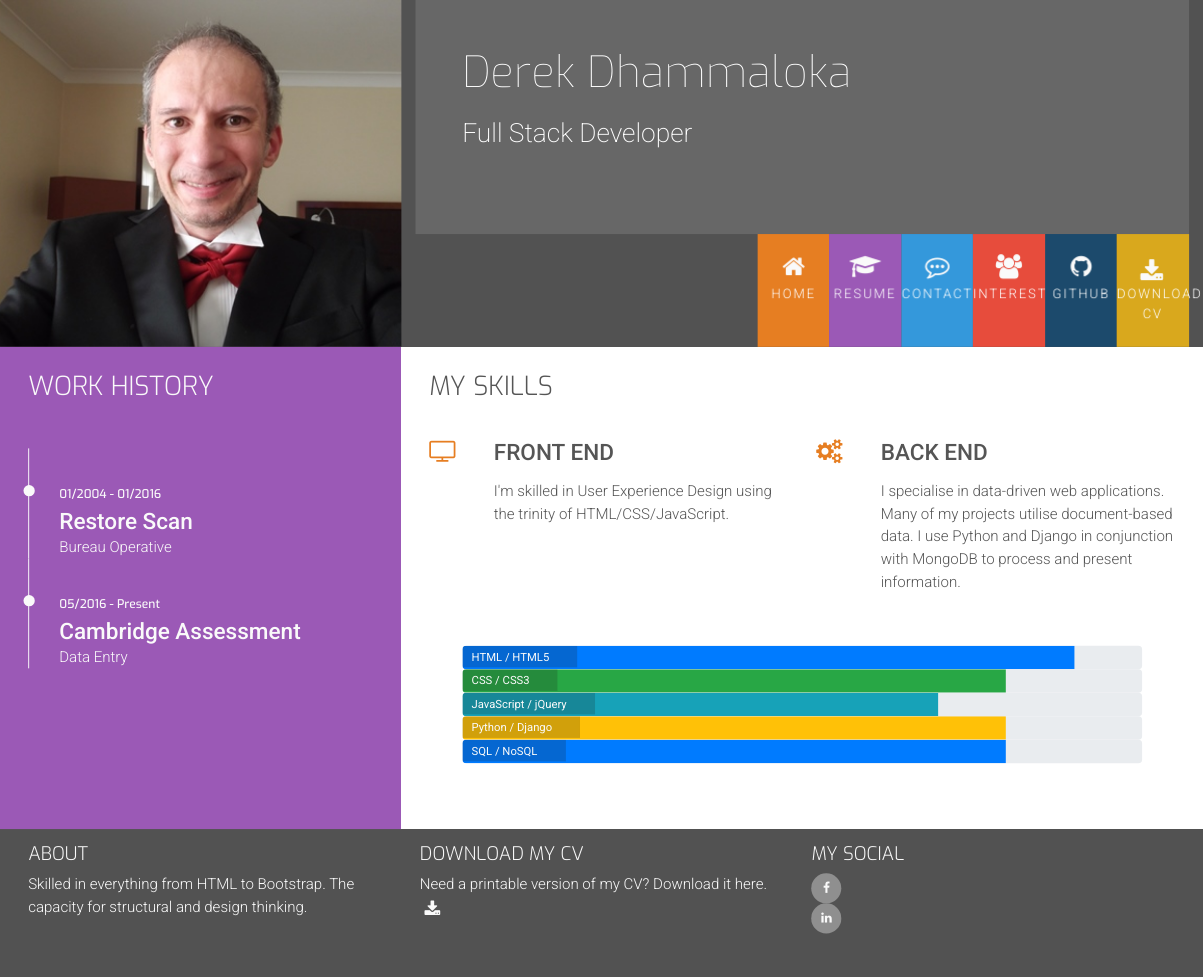
Repository: derektypist/derek-dhammaloka-cv
Page: resume.html
The author's editor kept a record of every edit. The page is drawn from the files as they stood at one moment, then again after the next edit.
The browser window is 1280 px wide. The pictures show the whole page, at 94% of full size.
Some web libraries are served in a nearby version.

Above is the page before.

After the next edit:
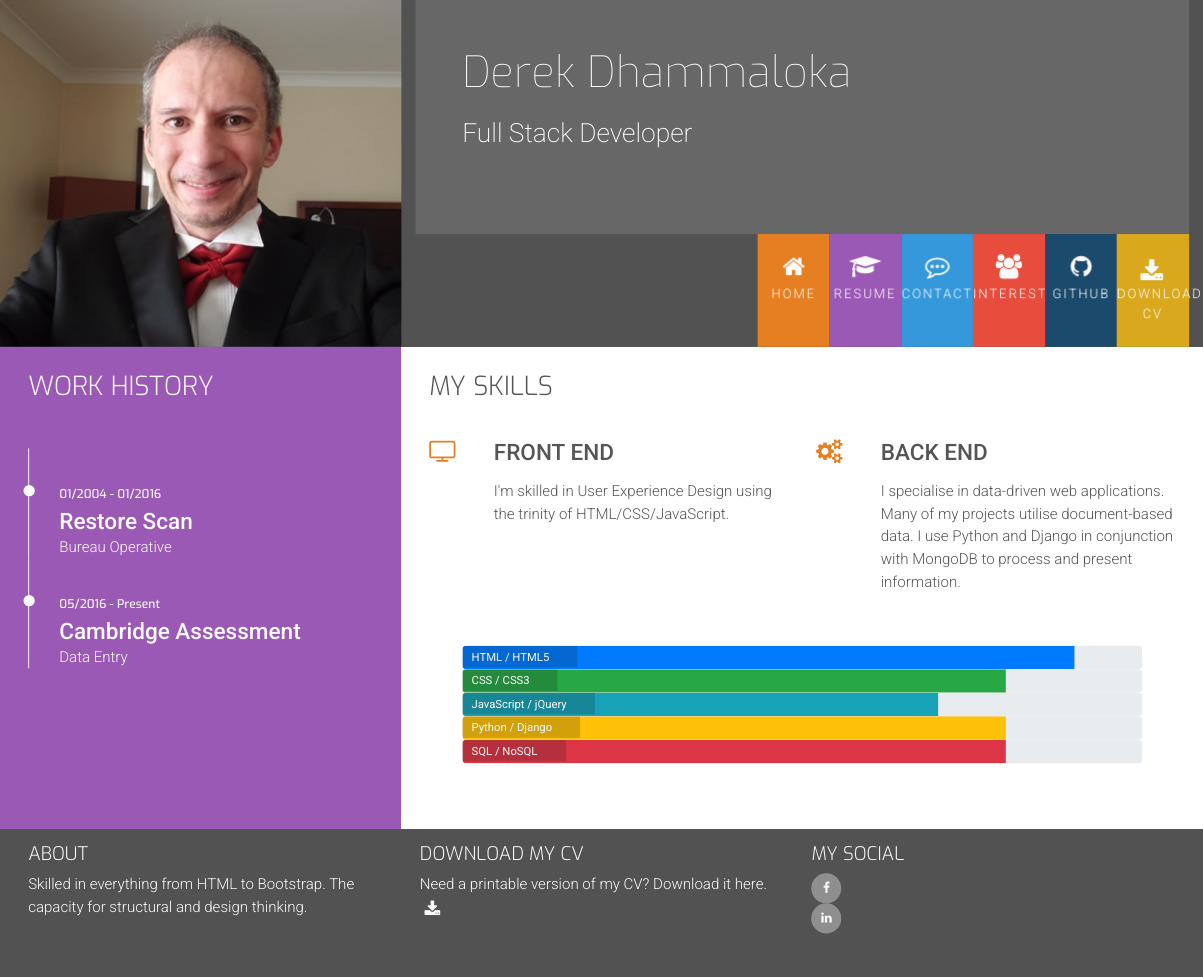
The edit:
--- a/resume.html
+++ b/resume.html
@@ -153,7 +153,7 @@
                             <span class="progress-type">Python / Django</span>
                         </div>
                         <div class="progress">
-                            <div class="progress-bar progress-bar-danger" role="progressbar" aria-valuenow="80" aria-valuemin="0" aria-valuemax="100" style="width: 80%">
+                            <div class="progress-bar bg-danger" role="progressbar" aria-valuenow="80" aria-valuemin="0" aria-valuemax="100" style="width: 80%">
                                 <span class="sr-only"> 80% complete</span>
                             </div>
                             <span class="progress-type">SQL / NoSQL</span>
